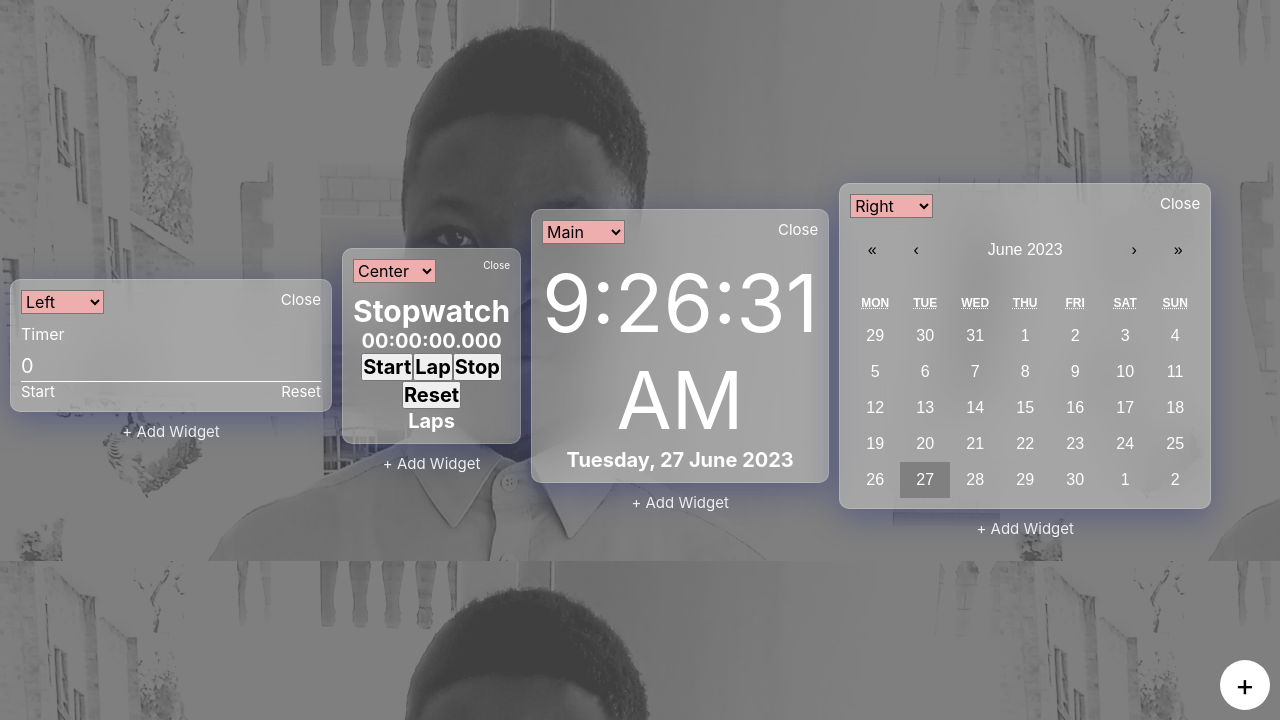
Repository: Angera-Silas/Planner-app
Page: /
The author's editor kept a copy of each file at every save. The page is drawn from the files as they stood at one save, then again after a run of saves.
The browser window is 1280 px wide. The pictures show the whole page.
The project was rebuilt for these pictures with package versions that can differ from the ones it lists, and the page was loaded fresh each time. Also part of the build but not shown: src/widgets/ReminderListWidget.js, src/modals/WidgetGalleryModal.js.

Above is the page before, as saved 2023-06-27 18:58:42.

### src/index.css
body {
  margin: 0;
  font-family: -apple-system, BlinkMacSystemFont, 'Segoe UI', 'Roboto', 'Oxygen',
    'Ubuntu', 'Cantarell', 'Fira Sans', 'Droid Sans', 'Helvetica Neue',
    sans-serif;
  -webkit-font-smoothing: antialiased;
  -moz-osx-font-smoothing: grayscale;
}

code {
  font-family: source-code-pro, Menlo, Monaco, Consolas, 'Courier New',
    monospace;
}
*,
*::before,
*::after {
 box-sizing: border-box;
}

img,
svg,
video,
canvas,
audio,
iframe,
embed,
object {
 display: block;
 max-width: 100%;
}

input,
button,
textarea,
select {
 font: inherit;
 color: black;
}

* {
 margin: 0;
 padding: 0;
 box-sizing: border-box;
 font: inherit;
 color: white;
}

/* width */
::-webkit-scrollbar {
 width: 10px;
}

/* Track */
::-webkit-scrollbar-track {
 background: #363636;
}

/* Handle */
::-webkit-scrollbar-thumb {
 background: #777;
}

/* Handle on hover */
::-webkit-scrollbar-thumb:hover {
 background: #1e1e1e;
}

### src/App.js
import React, { useState } from 'react';
import './App.css';
import ClockWidget from './widgets/ClockWidget';
import WidgetGalleryModal from './modals/WidgetGalleryModal';
import Draggable from 'react-draggable';
import TimerWidget from './widgets/TimerWidget';
import CalendarWidget from './widgets/CalendarWidget';
import MyCustomWidget from './widgets/MyCustomWidget';

function App() {
 const [widgets, setWidgets] = useState([
  { id: new Date().getTime(), component: <ClockWidget />, area: 'main-widget', name: "Date and Time" },
  { id: new Date().getTime() + 2, component: <CalendarWidget />, area: 'right-widget', name: "Calendar" },
  { id: new Date().getTime() + 1, component: <TimerWidget />, area: 'left-widget', name:"Timer" },
  { id: new Date().getTime() + 3 ,component: <MyCustomWidget/>,area: 'center-widget',name:"Stopwatch"},
 ])
 const [showWidgetModal, setShowWidgetModal] = useState(false)
 const [selectedWidgetArea, setSelectedWidgetArea] = useState('')

 const removeWidget = (index) => {
  try {
   setWidgets(widgets.filter(widget => widget.id !== index))
  } catch (error) {
   console.log(error)
  }
 }

 return (
  <>
   {showWidgetModal && <WidgetGalleryModal setShowWidgetModal={setShowWidgetModal} selectedWidgetArea={selectedWidgetArea} widgets={widgets} setWidgets={setWidgets} />}
   <div className="add-button"
    onClick={() => {
     console.log('add button clicked')
     setShowWidgetModal(true)
     setSelectedWidgetArea('none-widget')
    }}
   >
    <p
     className='add-widget-button'
     style={{ background: "none", border: "none", color: "black", fontSize: "30px", cursor: "pointer", backgroundColor: "white", borderRadius: "50%", width: "50px", display: "flex", justifyContent: "center", alignItems: "center", height: "50px", position: "fixed", bottom: "10px", right: "10px" }}
    >+</p>
   </div>
   <div className='none-widget' >
    {widgets.length > 0 && widgets.map((widget, index) => {
     if (widget.area === 'none-widget') {
      return (
       <Draggable>
            <div style={{ padding: 10,}} className='widget-container' >
             <div style={{ marginBottom: 10 }}>
              <select value={widget.area}
               onChange={(e) => {
                let widgetList = [...widgets]
                widgetList[index].area = e.target.value
                setWidgets(widgetList)
               }}
              >
               <option value="none-widget">Floating</option>
               <option value="left-widget">Left</option>
               <option value="main-widget">Main</option>
               <option value="right-widget">Right</option>
               <option value="center-widget">Center</option>
              </select>
              <button
               onClick={() => {
                removeWidget(widget.id)
               }}
               style={{ background: "none", border: "none", color: "white", fontSize: "15px", cursor: "pointer", float: "right" }}
              >Close</button>
             </div>
             {widget.component}
            </div>
       </Draggable>
      )
     }
    })}
   </div>
   <div className="App">
    <div className="container">
     <div className='left-widget'>
      {widgets.length > 0 && widgets.map((widget, index) => {
       if (widget.area === 'left-widget') {
        return (
         <div style={{ padding: 10,}} className='widget-container'>
          <div style={{ marginBottom: 10 }}>
           <select value={widget.area}
            onChange={(e) => {
             let widgetList = [...widgets]
             widgetList[index].area = e.target.value
             setWidgets(widgetList)
            }}
           >
            <option value="none-widget">Floating</option>
            <option value="left-widget">Left</option>
            <option value="main-widget">Main</option>
            <option value="right-widget">Right</option>
            <option value="center-widget">Center</option>
           </select>
           <button
            onClick={() => {
             removeWidget(widget.id)
            }}
            style={{ background: "none", border: "none", color: "white", fontSize: "15px", cursor: "pointer", float: "right" }}
           >Close</button>
          </div>
          {widget.component}
         </div>
        )
       }
      })}
      {widgets.filter(widget => widget.area === 'left-widget').length < 3 && widgets.filter(widget => widget.area === 'left-widget').length > 0 &&
       <button
        className='add-widget-button'
        onClick={() => {
         setShowWidgetModal(true)
         setSelectedWidgetArea('left-widget')
        }}>+ Add Widget</button>
      }
     </div>
     <div className='center-widget'>
      {widgets.length > 0 && widgets.map((widget, index) => {
       if (widget.area === 'center-widget') {
        return (
         <div style={{ padding: 10,}} className='widget-container' >
          <div style={{ marginBottom: 10 }}>
           <select value={widget.area}
            onChange={(e) => {
             let widgetList = [...widgets]
             widgetList[index].area = e.target.value
             setWidgets(widgetList)
            }}
           >
            <option value="none-widget">Floating</option>
            <option value="left-widget">Left</option>
            <option value="main-widget">Main</option>
            <option value="right-widget">Right</option>
            <option value="center-widget">Center</option>
           </select>
           <button
            onClick={() => {
             removeWidget(widget.id)
            }}
            style={{ background: "none", border: "none", color: "white", fontSize: "10px", cursor: "pointer", float: "right" }}
           >Close</button>
          </div>
          {widget.component}
         </div>
        )
       }
      })}
      {widgets.filter(widget => widget.area === 'center-widget').length < 2 &&
       <button
        className='add-widget-button'
        onClick={() => {
         setShowWidgetModal(true)
         setSelectedWidgetArea('center-widget')
        }}>+ Add Widget</button>
      }
     </div>
     <div className='main-widget'>
      {widgets.length > 0 && widgets.map((widget, index) => {
       if (widget.area === 'main-widget') {
        return (
         <div style={{ padding: 10,}} className='widget-container' >
          <div style={{ marginBottom: 10 }}>
           <select value={widget.area}
            onChange={(e) => {
             let widgetList = [...widgets]
             widgetList[index].area = e.target.value
             setWidgets(widgetList)
            }}
           >
            <option value="none-widget">Floating</option>
            <option value="left-widget">Left</option>
            <option value="main-widget">Main</option>
            <option value="right-widget">Right</option>
            <option value="center-widget">Center</option>
           </select>
           <button
            onClick={() => {
             removeWidget(widget.id)
            }}
            style={{ background: "none", border: "none", color: "white", fontSize: "15px", cursor: "pointer", float: "right" }}
           >Close</button>
          </div>
          {widget.component}
         </div>
        )
       }
      })}
      {widgets.filter(widget => widget.area === 'main-widget').length < 2 &&
       <button
        className='add-widget-button'
        onClick={() => {
         setShowWidgetModal(true)
         setSelectedWidgetArea('main-widget')
        }}>+ Add Widget</button>
      }
     </div>
     <div className='right-widget'>
      {widgets.length > 0 && widgets.map((widget, index) => {
       if (widget.area === 'right-widget') {
        return (
         <div style={{ padding: 10,}} className='widget-container'>
          <div style={{ marginBottom: 10 }}>
           <select value={widget.area}
            onChange={(e) => {
             let widgetList = [...widgets]
             widgetList[index].area = e.target.value
             setWidgets(widgetList)
            }}
           >
            <option value="none-widget">Floating</option>
            <option value="left-widget">Left</option>
            <option value="main-widget">Main</option>
            <option value="right-widget">Right</option>
            <option value="center-widget">Center</option>
           </select>
           <button
            onClick={() => {
             removeWidget(widget.id)
            }}
            style={{ background: "none", border: "none", color: "white", fontSize: "15px", cursor: "pointer", float: "right" }}
           >Close</button>
          </div>
          {widget.component}
         </div>
        )
       }
      })}
      {widgets.filter(widget => widget.area === 'right-widget').length < 3 && widgets.filter(widget => widget.area === 'right-widget').length > 0 &&
       <button
        className='add-widget-button'
        onClick={() => {
         setShowWidgetModal(true)
         setSelectedWidgetArea('right-widget')
        }}>+ Add Widget</button>
      }
     </div>
    </div>
   </div>
  </>
 )
}

export default App;

### src/App.css
.App {
  background: url("background.jpg");
  height: 100vh;
  display: flex;
  justify-content: flex-start;
  align-items: center;
  width: 100%;

}

.container {
  display: flex;
  flex-direction: row;
  align-items: flex-start;
  justify-content: space-between;
  gap: 10px;
  width: 100vh;
  padding: 10px;
  max-height: 100vh;
  height: 100%;

}

.item {
  background-color: rgba(255, 255, 255, 0.8);
  border: 1px solid rgba(0, 0, 0);
  padding: 20px;
  font-size: 30px;
  text-align: center;
  width: 25%;
}

.time {
  font-size: 80px;
  color: white;
  text-align: center;
}

.date {
  font-size: 20px;
  color: white;
  text-align: center;
  font-weight: bold;
}
 .stopwatch {
 font-size: 20px;
 color: white;
 font-weight: bold;
 text-align: center;
}
.add-widget-button {
  background-color: transparent;
  color: white;
  border: none;
  font-size: 15px;
  text-align: center;
  cursor: pointer;
}

.add-widget-button:hover {
  color: #1e1e1e;
}

.right-widget,
.left-widget,
.main-widget,
.center-widget {
  display: flex;
  justify-content: center;
  align-items: center;
  flex-direction: column;
  gap: 10px;
  height: 100%;
  max-width: 500px;
}

.none-widget {
  position: fixed;
  /* height: 100vh;
  width: 100vw; */
  top: 0px;
  left: 0px;
}

select {
 background-color: #efaeae;
}

/* Modal */
.modal {
  position: fixed;
  z-index: 1;
  padding-top: 100px;
  left: 0;
  top: 0;
  width: 100vw;
  height: 100vh;
  overflow: auto;
  background-color: rgb(0, 0, 0, 0.4);
}

.modal-content {
  background-color: #183A37;
  margin: auto;
  padding: 20px;
  width: 50%;
  max-height: 50vh;
  overflow: scroll;
}

.modal-header {
  display: flex;
  justify-content: space-between;
  align-items: flex-start;
}

.modal-header h2 {
  color: white;
  font-weight: bold;
  font-size: 25px;
}

.row {
  display: flex;
  justify-content: space-between;
  align-items: center;
  gap: 10px;
}

.widget-gallery-item {
  color: black;
  border: 1px solid white;
  padding: 10px;
  margin-bottom: 10px;
}

.text-input {
  outline: none;
  border: none;
  border-bottom: 1px solid white;
  width: 100%;
  background-color: transparent;
  color: white;
  font-size: 20px;
  margin-top: 10px;
  padding-bottom: 3px;
}

.widget-container {
  background: rgba(255, 255, 255, 0.3);
  box-shadow: 0 8px 32px 0 rgba(31, 38, 135, 0.37);
  backdrop-filter: blur(20px);
  -webkit-backdrop-filter: blur(20px);
  border-radius: 10px;
  border: 1px solid rgba(255, 255, 255, 0.18);

}

.widget-gallery-item-name{
  font-size: 20px;
  font-weight: bold;
  margin-bottom: 10px;
}

### src/widgets/ClockWidget.js
import React, { useEffect, useState } from 'react'

export default function ClockWidget() {
  const [time, setTime] = useState(new Date().toLocaleTimeString())
  const [date, setDate] = useState(new Date())
  useEffect(() => {
    const interval = setInterval(() => {
      setTime(new Date().toLocaleTimeString())
      setDate(new Date())
    }, 1000)
    return () => clearInterval(interval)
  }, [])

  const tidyDate = (date) => {
    const dateArray = date
    const day = dateArray.getDay()
    const dateNumber = dateArray.getDate()
    const month = dateArray.getMonth() + 1
    const year = dateArray.getFullYear()

    const days = ['Sunday', 'Monday', 'Tuesday', 'Wednesday', 'Thursday', 'Friday', 'Saturday']
    const months = ['January', 'February', 'March', 'April', 'May', 'June', 'July', 'August', 'September', 'October', 'November', 'December']

    return `${days[day]}, ${dateNumber} ${months[month - 1]} ${year}`

  }

  return (
    <div>
      <p className='time'>{time}</p>
      <p className='date'>{tidyDate(date)}</p>
    </div>
  )
}

### src/widgets/TimerWidget.js
import React, { useEffect, useState } from 'react'

export default function TimerWidget() {
  const [timerListData, setTimerListData] = useState({
    time: 0,
    isRunning: false,
  })

  const tidyTime = (time) => {
    let hours = Math.floor(time / 3600)
    let minutes = Math.floor((time - (hours * 3600)) / 60)
    let seconds = time - (hours * 3600) - (minutes * 60)

    if (hours < 10) { hours = "0" + hours }
    if (minutes < 10) { minutes = "0" + minutes }
    if (seconds < 10) { seconds = "0" + seconds }

    return hours + ':' + minutes + ':' + seconds
  }

  useEffect(() => {
    // timer logic
    let interval = null
    if (timerListData.isRunning && timerListData.time > 0) {
      interval = setInterval(() => {
        setTimerListData({
          ...timerListData,
          time: parseInt(timerListData.time) - 1,
        })
      }, 1000)
    } else if (!timerListData.isRunning && timerListData.time !== 0) {
      setTimerListData({
        ...timerListData,
        isRunning: false,
      })
      clearInterval(interval)
    } else if (timerListData.isRunning && timerListData.time === 0) {
      setTimerListData({
        ...timerListData,
        isRunning: false,
      })
      clearInterval(interval)
      alert('Timer is up!')
    }

      return () => clearInterval(interval)
  }, [timerListData.isRunning, timerListData.time])

  return (
    <div style={{ minWidth: 300 }}>
      <div style={{ display: "flex", justifyContent: "space-between", alignItems: "row" }}>
        <p>Timer</p>
      </div>
      <div className='timer-container'>
        <div className='timer-display'>
          {timerListData.isRunning ?
            <p style={{ textAlign: "center", fontWeight: "bold", fontSize: 20 }}>{tidyTime(timerListData.time)}</p>
            :
            <input type="text" className='text-input' value={timerListData.time} onChange={(e) => {
              setTimerListData({
                ...timerListData,
                time: e.target.value,
              })
            }} />
          }
        </div>
        <div className='timer-controls' style={{ display: "flex", justifyContent: "space-between", alignItems: "center", }}>
          <button
            style={{
              background: "none",
              border: "none",
              color: "white",
              fontSize: "15px",
              cursor: "pointer",
            }}
            onClick={() => {
              setTimerListData({
                ...timerListData,
                isRunning: !timerListData.isRunning,
              })
            }}
          >{timerListData.isRunning ? 'Stop' : 'Start'}</button>
          <button
            style={{
              background: "none",
              border: "none",
              color: "white",
              fontSize: "15px",
              cursor: "pointer",
            }}
            onClick={() => {
              setTimerListData({
                ...timerListData,
                time: 0,
              })
            }}
          >Reset</button>
        </div>
      </div>
    </div>
  )
}

### src/widgets/MyCustomWidget.js
import React, { useEffect, useState } from 'react';
import { BsStopwatch } from 'react-icons/bs'

export default function MyCustomWidget() {
   const [stopwatchData, setStopwatchData] = useState([
  { id: 0, name: "Timer 1", time: 0, isRunning: false, lap: [], time_started: 0, pause: [] },
 ])
 const [selectedRow, setSelectedRow] = useState(0)

 useEffect(() => {
  const interval = setInterval(() => {
   setStopwatchData(stopwatchData.map((stopwatch) => {
    if (stopwatch.isRunning) {
     return { ...stopwatch, time: new Date() - stopwatch.time_started - stopwatch.pause.reduce((a, b) => a + b, 0) }
    }
    return stopwatch
   }))
  }, 10)
  return () => clearInterval(interval)
 }, [stopwatchData])
 const handleStart = (id) => {
  setStopwatchData(stopwatchData.map((stopwatch) => {
   if (stopwatch.id === id) {
    return { ...stopwatch, isRunning: true, time_started: new Date() - stopwatch.time - stopwatch.pause.reduce((a, b) => a + b, 0) }
   }
   return stopwatch
  }))
 }

 const handleStop = (id) => {
  setStopwatchData(stopwatchData.map((stopwatch) => {
   if (stopwatch.id === id) {
    return { ...stopwatch, isRunning: false, pause: [...stopwatch.pause, new Date() - stopwatch.time_started - stopwatch.pause.reduce((a, b) => a + b, 0)] }
   }
   return stopwatch
  }))
 }

 const handleReset = (id) => {
  setStopwatchData(stopwatchData.map((stopwatch) => {
   if (stopwatch.id === id) {
    return { ...stopwatch, time: 0, isRunning: false, lap: [] }
   }
   return stopwatch
  }))
 }

 const handleLap = (id) => {
  setStopwatchData(stopwatchData.map((stopwatch) => {
   if (stopwatch.id === id) {
    return { ...stopwatch, lap: [...stopwatch.lap, stopwatch.time] }
   }
   return stopwatch
  }))
 }
  return (
    <div className='stopwatch'>
      <div style={{ display: "flex", alignItems: "center", flexDirection: "row", justifyContent: "space-between", width: "100%" }}>
      <div style={{ textAlign: "left" }}>
       <h1 style={{ fontWeight: "bold", fontSize: 30 }}>Stopwatch</h1>
      </div>
     </div>

     <p className='main-time-label'>{stopwatchData[selectedRow]?.time > 0 ? new Date(stopwatchData[selectedRow]?.time).toISOString().slice(11, -1) : "00:00:00.000"}</p>
     <div className="main-button-controls">
      <button className={"control-buttons"} onClick={() => handleStart(stopwatchData[selectedRow].id)}>Start</button>
      <button className={"control-buttons"} onClick={() => handleLap(stopwatchData[selectedRow].id)}>Lap</button>
      <button className={"control-buttons"} onClick={() => handleStop(stopwatchData[selectedRow].id)}>Stop</button>
      <button className={"control-buttons"} onClick={() => handleReset(stopwatchData[selectedRow].id)}>Reset</button>
     </div>
     <p className='lap-label'>Laps</p>
     <div className='lap-container'>
      {stopwatchData[selectedRow]?.lap.length > 0 && stopwatchData[selectedRow]?.lap.map((lap, index) => (
       <div style={{ display: "flex", justifyContent: "space-between", width: "500px" }}>
        <p>Lap {index + 1}</p>
        <p className='lap-time-label' key={index}>{new Date(lap).toISOString().slice(11, -1)}</p>
       </div>
      ))}
     </div>
    </div>
  )
}

### src/styles/styles.css
.react-calendar {
  width: 350px;
  max-width: 100%;
  background: transparent;
  font-family: Arial, Helvetica, sans-serif;
  line-height: 1.125em;
}

.react-calendar--doubleView {
  width: 700px;
}

.react-calendar--doubleView .react-calendar__viewContainer {
  display: flex;
  margin: -0.5em;
}

.react-calendar--doubleView .react-calendar__viewContainer > * {
  width: 50%;
  margin: 0.5em;
}

.react-calendar,
.react-calendar *,
.react-calendar *:before,
.react-calendar *:after {
  -moz-box-sizing: border-box;
  -webkit-box-sizing: border-box;
  box-sizing: border-box;
}

.react-calendar button {
  margin: 0;
  border: 0;
  outline: none;
}

.react-calendar button:enabled:hover {
  cursor: pointer;
}

.react-calendar__navigation {
  display: flex;
  height: 44px;
  margin-bottom: 1em;
}

.react-calendar__navigation button {
  min-width: 44px;
  background: none;
}

.react-calendar__navigation button:disabled {
  background-color: #f0f0f0;
}

.react-calendar__navigation button:enabled:hover,
.react-calendar__navigation button:enabled:focus {
  background-color: #e6e6e6;
}

.react-calendar__month-view__weekdays {
  text-align: center;
  text-transform: uppercase;
  font-weight: bold;
  font-size: 0.75em;
}

.react-calendar__month-view__weekdays__weekday {
  padding: 0.5em;
}

.react-calendar__month-view__weekNumbers .react-calendar__tile {
  display: flex;
  align-items: center;
  justify-content: center;
  font-size: 0.75em;
  font-weight: bold;
}

.react-calendar__month-view__days__day--weekend {
  color: #d10000;
}

.react-calendar__month-view__days__day--neighboringMonth {
  color: #757575;
}

.react-calendar__year-view .react-calendar__tile,
.react-calendar__decade-view .react-calendar__tile,
.react-calendar__century-view .react-calendar__tile {
  padding: 2em 0.5em;
}

.react-calendar__tile {
  max-width: 100%;
  padding: 10px 6.6667px;
  background: none;
  text-align: center;
  line-height: 16px;
}

.react-calendar__tile:disabled {
  background-color: #f0f0f0;
}

.react-calendar__tile:enabled:hover,
.react-calendar__tile:enabled:focus {
  background-color: #e6e6e6;
}

.react-calendar__tile--now {
  background: gray;
}

.react-calendar__tile--now:enabled:hover,
.react-calendar__tile--now:enabled:focus {
  background: gray;
}

.react-calendar__tile--hasActive {
  background: #76baff;
}

.react-calendar__tile--hasActive:enabled:hover,
.react-calendar__tile--hasActive:enabled:focus {
  background: #a9d4ff;
}

.react-calendar__tile--active {
  background: #006edc;
  color: white;
}

.react-calendar__tile--active:enabled:hover,
.react-calendar__tile--active:enabled:focus {
  background: #1087ff;
}

.react-calendar--selectRange .react-calendar__tile--hover {
  background-color: #e6e6e6;
}

Loaded but not shown: public/index.html (common file); src/index.js (common file); src/reportWebVitals.js (common file); src/widgets/CalendarWidget.js (common file)

After the next 4 saves:
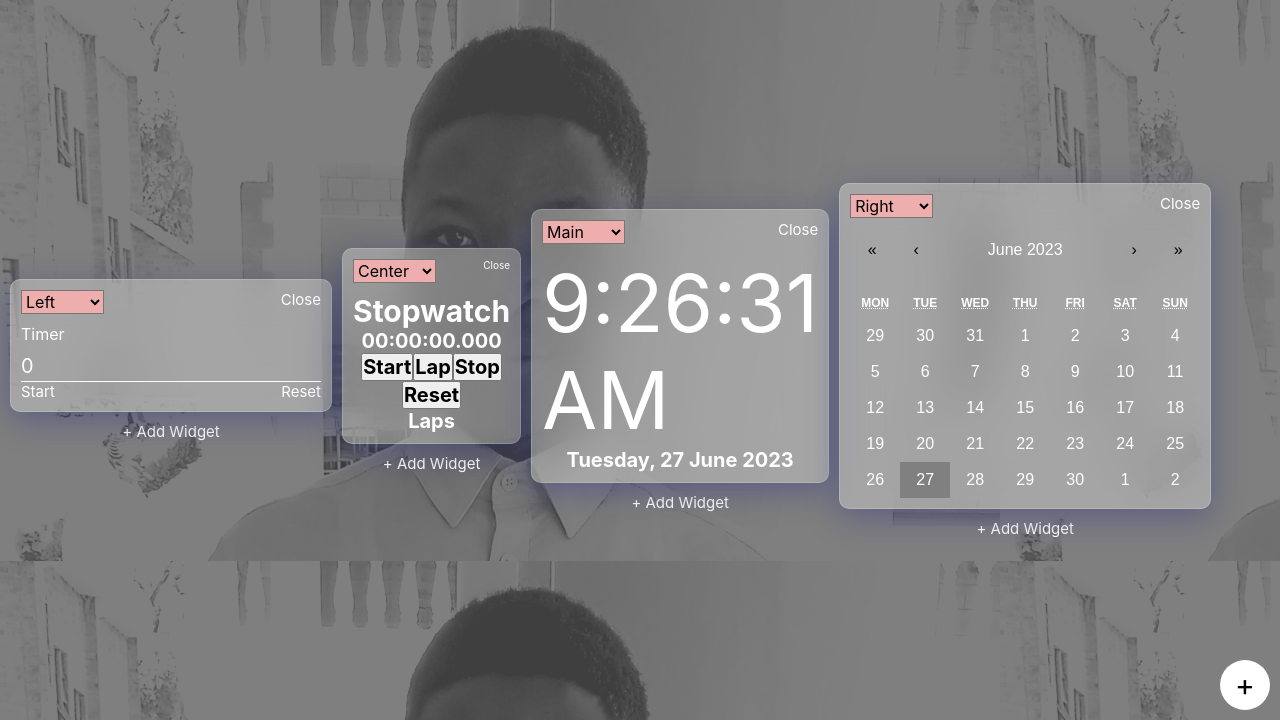
The 4 saves are shown as one change because they came seconds apart.
The last was saved 14 s later.
--- a/src/App.css
+++ b/src/App.css
@@ -34,6 +34,7 @@
   font-size: 80px;
   color: white;
   text-align: center;
+  width: 25%;
 }
 
 .date {
@@ -41,6 +42,7 @@
   color: white;
   text-align: center;
   font-weight: bold;
+
 }
  .stopwatch {
  font-size: 20px;
